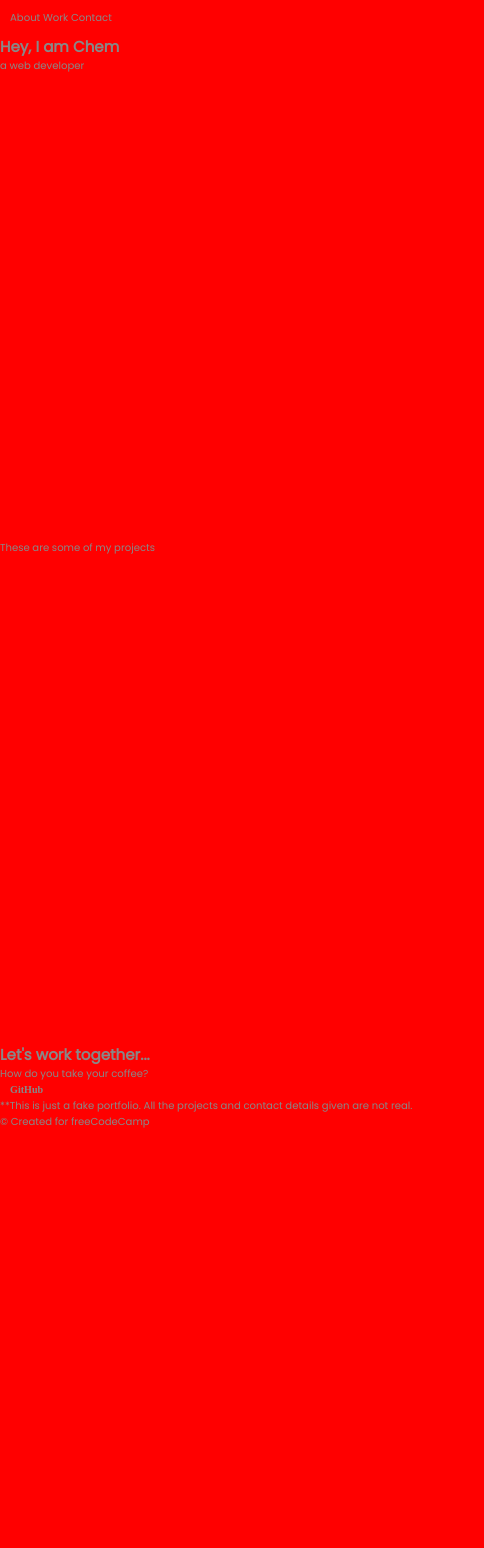
Repository: Pxych09/html-and-css-project
Page: freecodecamp/personal-portfolio.html
The author's editor kept a copy of each file at every save. The page is drawn from the files as they stood at one save, then again after the next save.
The browser window is 768 px wide. The pictures show the whole page, at 63% of full size.
Some web libraries are served in a nearby version.

Above is the page before, as saved 2023-08-10 18:17:31.

After the next save:
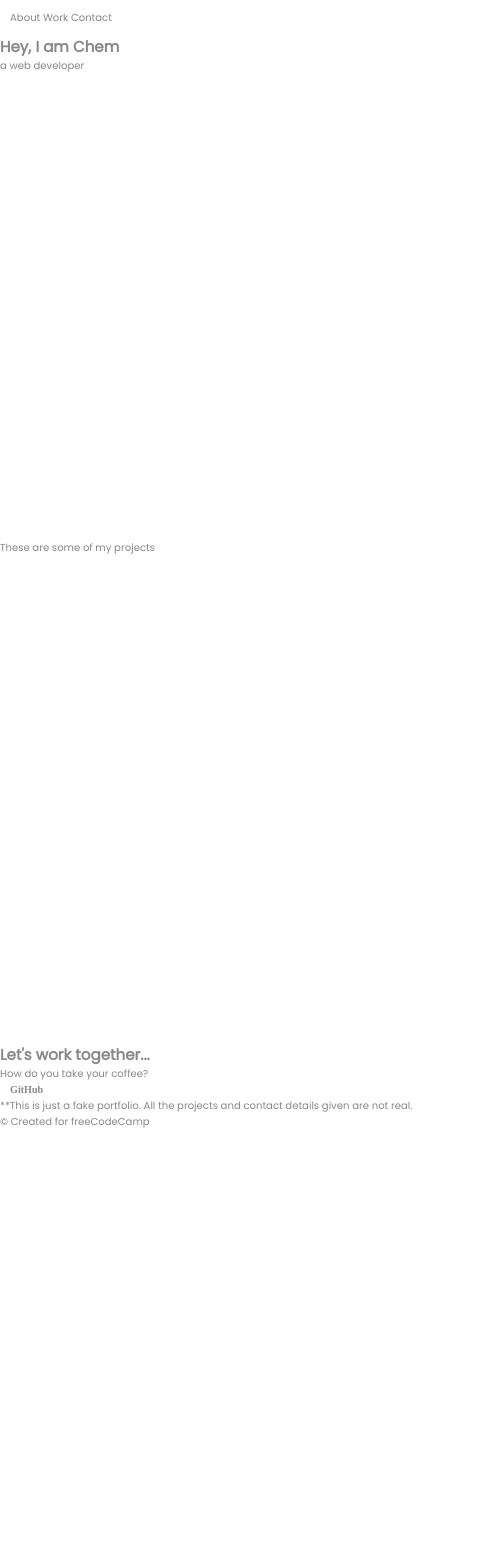
Saved 10 s later.
--- a/freecodecamp/personal-portfolio.css
+++ b/freecodecamp/personal-portfolio.css
@@ -35,9 +35,7 @@ a{
 }
 /* media query => Laptops */
 @media (max-width: 769px) and (max-width: 1024px){
-    html{
-        background: red;
-    }
+
 }
 /* media query => Large screens */
 @media (min-width: 1025px){
